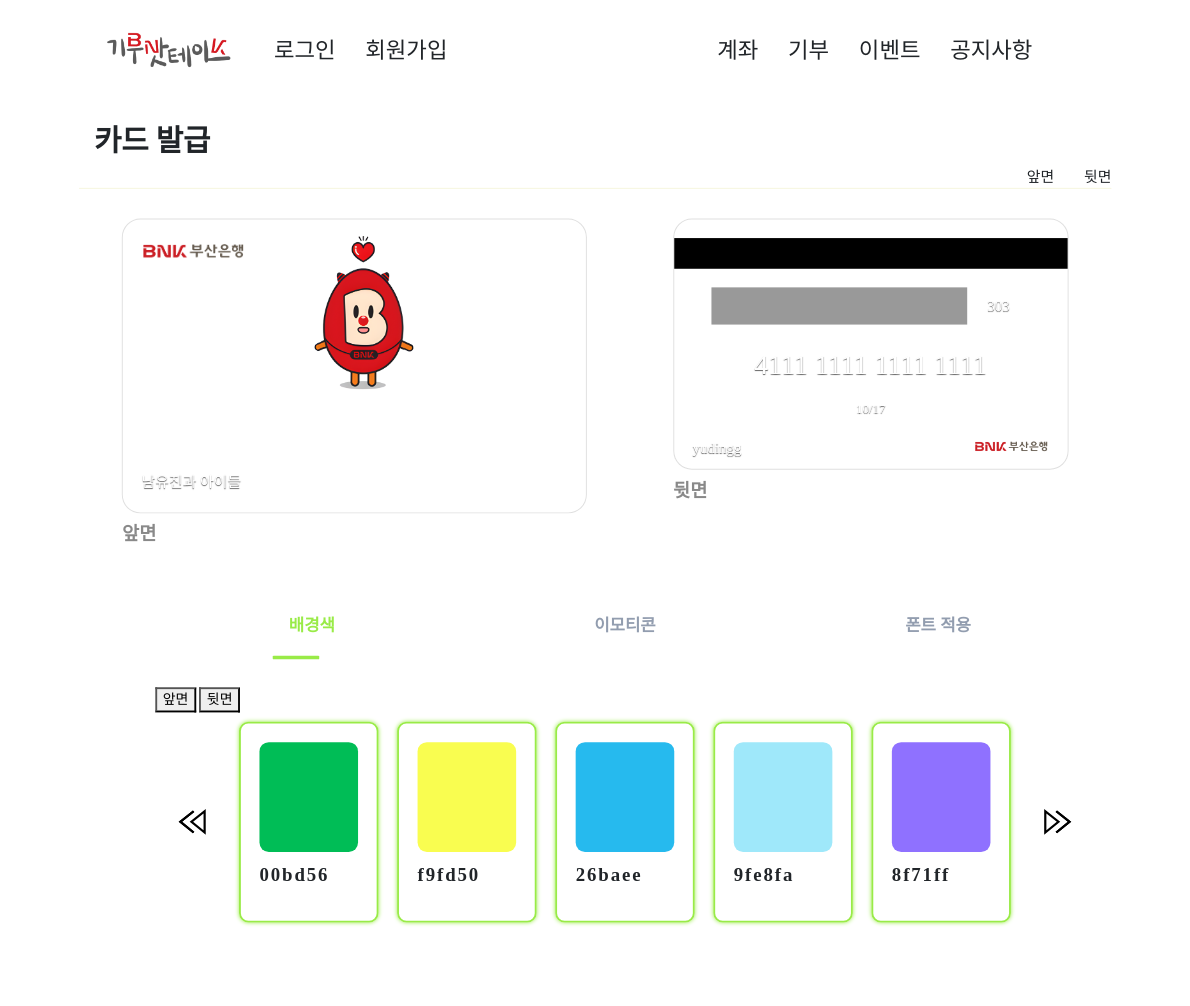
Repository: BNK-GiveNotTake/BNK-GNK-PJT
Page: http://localhost/GNT_PJT/Card/Card.jsp
An editor plug-in stored every save of this project. The page is shown before and after a run of saves, followed by the edit.
The browser window is 1280 px wide. The pictures show the whole page, at 93% of full size.
Some web fonts or font styles are not loaded; a fallback is used. The page is served by Tomcat 9.

Above is the page before, as saved 2022-08-30 06:01:33.

After the next 2 saves:
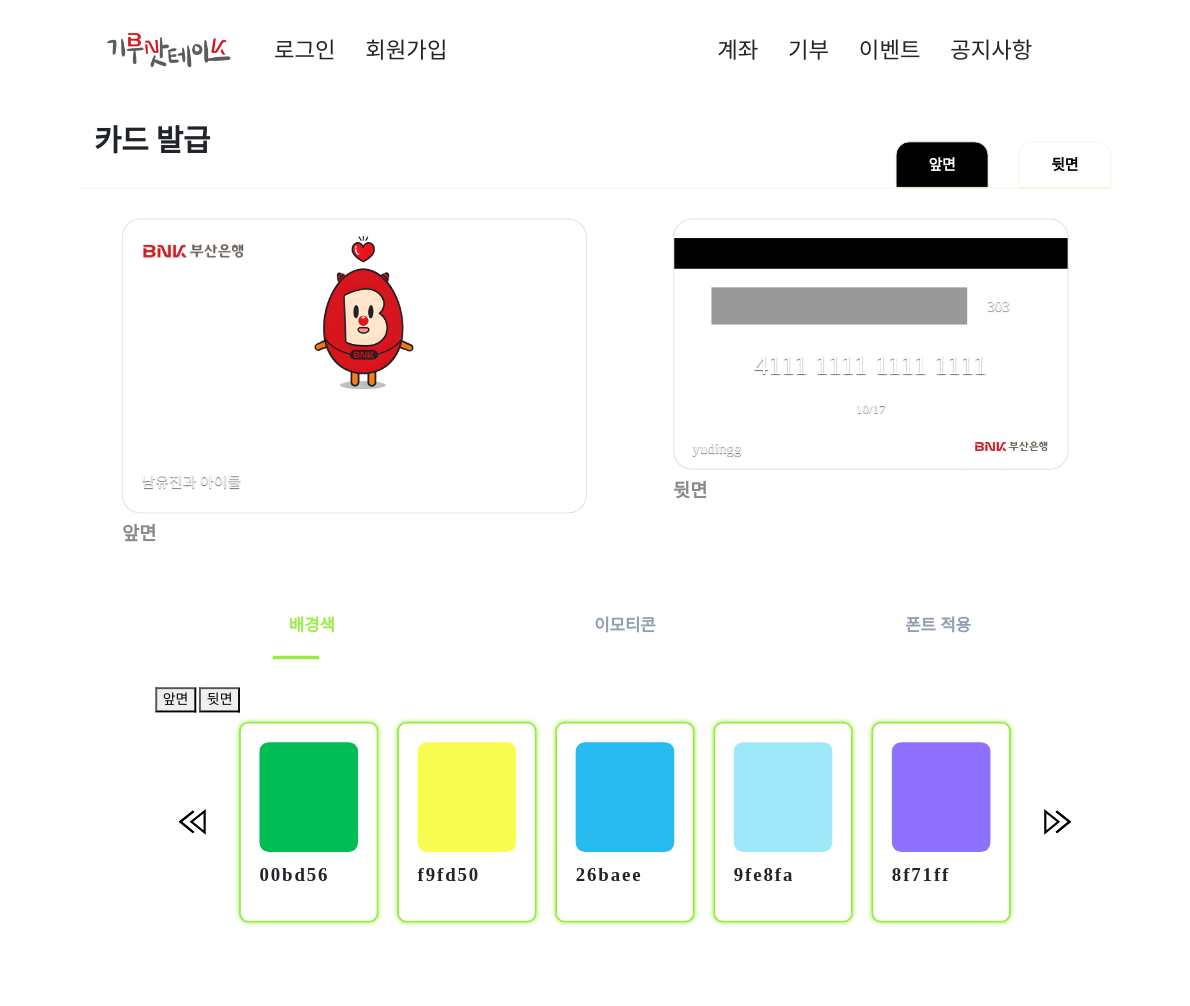
The 2 saves are shown as one change because they came seconds apart.
The last was saved 47 s later.
--- a/GNT_PJT/src/main/webapp/Card/css/Card.css
+++ b/GNT_PJT/src/main/webapp/Card/css/Card.css
@@ -111,7 +111,7 @@
 	height: 270px;
 }
 
-.font__color-black {
+.front-card {
 	color: white;
 	background-color: black;
 	height: 50px;
@@ -124,7 +124,7 @@
 	line-height: 3;
 }
 
-.font__color-white {
+.back-card {
 	color: black;
 	background-color: white;
 	height: 50px;
